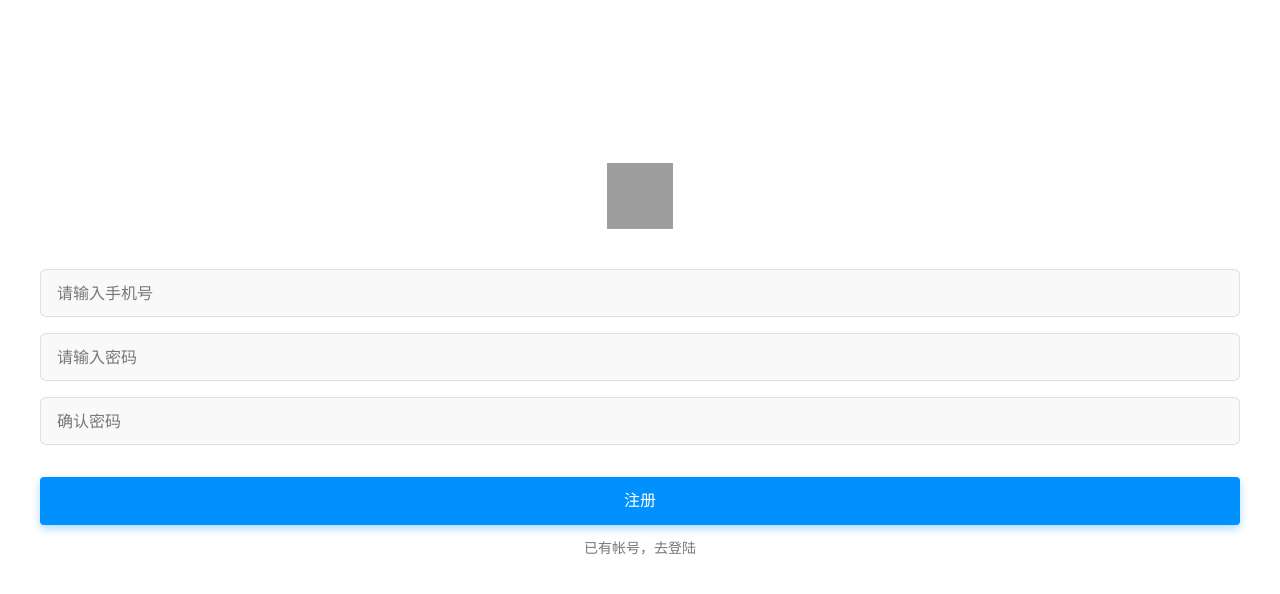
Repository: SHRaymondJ/practiceVue
Page: /#/register
The author's editor kept a copy of each file at every save. The page is drawn from the files as they stood at one save, then again after the next save.
The browser window is 1280 px wide. The pictures show the whole page.
Pictures or frames that could not be fetched are drawn as grey boxes. The project was rebuilt for these pictures with package versions that can differ from the ones it lists, and the page was loaded fresh each time. Also part of the build but not shown: src/views/home/Docker.vue, src/views/home/StaticPart.vue, src/views/home/Nearby.vue, src/views/home/Home.vue, src/components/Toast.vue, src/views/login/Login.vue.

Above is the page before, as saved 2021-03-19 17:09:54.

### src/App.vue
<template>
  <router-view></router-view>
</template>
<script>

export default {
  name: 'App'
}
</script>

### src/router/index.js
import { createRouter, createWebHashHistory } from 'vue-router'
import Home from '../views/home/Home'
import Login from '../views/login/Login'
import Register from '../views/register/Register'

const routes = [{
  path: '/',
  name: 'Home',
  component: Home
}, {
  path: '/register',
  name: 'Register',
  component: Register,
  beforeEnter: (to, from, next) => {
    const { isLogin } = localStorage
    isLogin ? next({ name: 'Home' }) : next()
  }
}, {
  path: '/login',
  name: 'Login',
  component: Login,
  beforeEnter: (to, from, next) => {
    // 路由校验，在加载页面前校验，如果已经登陆了，就路由指向首页
    const { isLogin } = localStorage
    isLogin ? next({ name: 'Home' }) : next() // next({ name: 'Home' }) 路由跳转到Home
  }
}
]

const router = createRouter({
  history: createWebHashHistory(),
  routes
})

// 路由校验，如果没有登陆，路由就指向登陆页
router.beforeEach((to, from, next) => {
  const { isLogin } = localStorage;
  (isLogin || to.name === 'Login' || to.name === 'Register') ? next() : next({ name: 'Login' })
})

export default router

### src/style/index.scss
@import "./base.scss";
@import "./iconfont.css";

### src/views/register/Register.vue
<template>
  <div class="wrapper">
    <img src="http://www.dell-lee.com/imgs/vue3/user.png" alt="" class="wrapper__img" />
    <div class="wrapper__input">
      <input type="text" class="wrapper__input__content" placeholder="请输入手机号" />
    </div>
    <div class="wrapper__input">
      <input type="password" class="wrapper__input__content" placeholder="请输入密码" />
    </div>
    <div class="wrapper__input">
      <input type="password" class="wrapper__input__content" placeholder="确认密码" />
    </div>
    <div class="wrapper__register-button" @click="handleRegister">注册</div>
    <div class="wrapper__register-link">
      <span @click="handleLoginClick">已有帐号，去登陆</span>
    </div>
  </div>
  <Toast v-if="show" :message="toastMessage"/>
</template>

<script>
import { reactive, toRefs } from 'vue'
import { useRouter } from 'vue-router'
import { post } from '../../utils/request'
import Toast, { useToastEffect } from '../../components/Toast'

const useRegisterEffect = (showToast) => {
  const router = useRouter()
  const data = reactive({
    username: String,
    password: String,
    secondPassword: String
  })
  const handleRegister = async () => {
    if (data.password === data.secondPassword && data.password) {
      try {
        const result = await post('/api/user/login', {
          username: data.username,
          password: data.password
        })
        if (result?.errno === 0) {
          localStorage.isLogin = true
          router.push({ name: 'Home' })
        } else {
          showToast('注册失败')
        }
      } catch (e) {
        showToast('连接失败')
      }
    } else {
      showToast('密码错误')
    }
  }
  const { username, password, secondPassword } = toRefs(data)
  return { username, password, secondPassword, handleRegister }
}

export default {
  name: 'Login',
  components: { Toast },
  setup () {
    const router = useRouter() // useRouter提供了路由实例

    const { show, toastMessage, showToast } = useToastEffect()
    const { username, password, secondPassword, handleRegister } = useRegisterEffect(showToast)
    const handleLoginClick = () => {
      router.push({ name: 'Home' }) // 通过router.push()跳转页面
    }
    return { show, toastMessage, username, password, secondPassword, handleLoginClick, handleRegister }
  }
}
</script>

<style lang="scss" scoped>
@import "../../style/variables.scss";
.wrapper {
  position: absolute;
  top: 50%;
  left: 0;
  right: 0;
  transform: translateY(-50%);
  &__img {
    display: block;
    margin: 0 auto 0.4rem auto;
    width: 0.66rem;
    height: 0.66rem;
  }
  &__input {
    font-size: 0.16rem;
    box-sizing: border-box;
    height: 0.48rem;
    margin: 0 0.4rem 0.16rem 0.4rem;
    padding: 0 0.16rem;
    background: #f9f9f9;
    border: 1px solid rgba(0, 0, 0, 0.1);
    border-radius: 6px;
    &__content {
      line-height: 0.48rem;
      border: none;
      outline: none;
      width: 100%;
      background: none;
      color: $content-notice-fc;
      &::placeholder {
        color: $content-notice-fc;
      }
    }
  }
  &__register-button {
    margin: 0.32rem 0.4rem 0.16rem 0.4rem;
    line-height: 0.48rem;
    background: #0091ff;
    box-shadow: 0 0.04rem 0.08rem 0 rgba(0, 145, 255, 0.32);
    border-radius: 0.04rem;
    color: #fff;
    font-size: 0.16rem;
    text-align: center;
  }
  &__register-link {
    font-size: 0.14rem;
    text-align: center;
    color: $content-notice-fc;
    span {
      padding: 0 0.1rem;
      border-right: 1px solid $content-notice-fc;
      &:last-child {
        border-right: none;
      }
    }
  }
}
</style>

### src/style/base.scss
html {
    font-size: 100px;
}
* {
    padding: 0;
    margin: 0;
}

### src/style/iconfont.css
@font-face {
    font-family: 'iconfont';  /* project id 2378724 */
    src: url('//at.alicdn.com/t/font_2378724_i99xxjvqybe.eot');
    src: url('//at.alicdn.com/t/font_2378724_i99xxjvqybe.eot?#iefix') format('embedded-opentype'),
    url('//at.alicdn.com/t/font_2378724_i99xxjvqybe.woff2') format('woff2'),
    url('//at.alicdn.com/t/font_2378724_i99xxjvqybe.woff') format('woff'),
    url('//at.alicdn.com/t/font_2378724_i99xxjvqybe.ttf') format('truetype'),
    url('//at.alicdn.com/t/font_2378724_i99xxjvqybe.svg#iconfont') format('svg');
}

.iconfont {
    font-family: "iconfont";
    font-size: .16rem;
    font-style: normal;
    -webkit-font-smoothing: antialiased;
    -moz-osx-font-smoothing: grayscale;
}

### src/style/variables.scss
$content-fc:#333;
$gray-bgColor:#f1f1f1;
$content-notice-fc: #777;

$box-side:0.18rem;

### src/utils/request.js
import axios from 'axios'

export const post = (url, data = {}) => {
  return new Promise((resolve, reject) => {
    axios.post(url, data, {
      baseURL: 'https://www.fastmock.site/mock/ae8e9031947a302fed5f92425995aa19/jd',
      headers: {
        'Content-Type': 'application/json'
      }
    }).then((response) => {
      resolve(response.data)
    }, err => {
      reject(err)
    })
  })
}

Loaded but not shown: public/index.html (common file); src/main.js (common file); src/store/index.js (no copy from this time; the picture is the same without it)

After the next save:
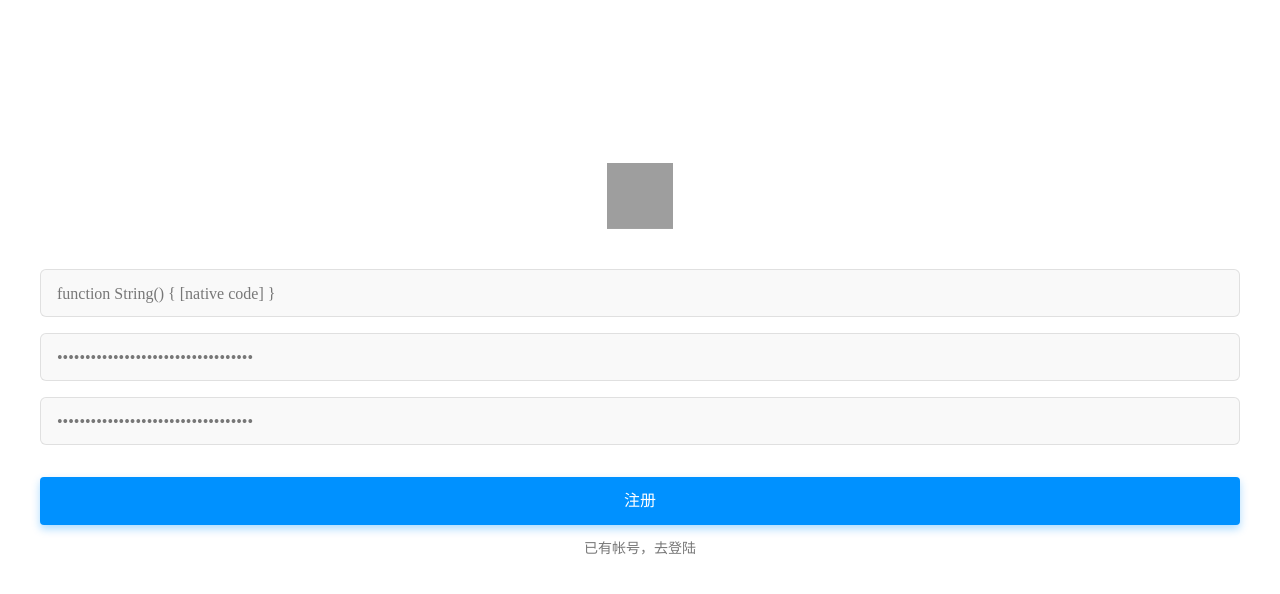
Saved 28 s later.
--- a/src/views/register/Register.vue
+++ b/src/views/register/Register.vue
@@ -2,13 +2,13 @@
   <div class="wrapper">
     <img src="http://www.dell-lee.com/imgs/vue3/user.png" alt="" class="wrapper__img" />
     <div class="wrapper__input">
-      <input type="text" class="wrapper__input__content" placeholder="请输入手机号" />
+      <input type="text" class="wrapper__input__content" placeholder="请输入手机号" v-model="username"/>
     </div>
     <div class="wrapper__input">
-      <input type="password" class="wrapper__input__content" placeholder="请输入密码" />
+      <input type="password" class="wrapper__input__content" placeholder="请输入密码" v-model="password"/>
     </div>
     <div class="wrapper__input">
-      <input type="password" class="wrapper__input__content" placeholder="确认密码" />
+      <input type="password" class="wrapper__input__content" placeholder="确认密码" v-model="secondPassword"/>
     </div>
     <div class="wrapper__register-button" @click="handleRegister">注册</div>
     <div class="wrapper__register-link">

After the save that followed:
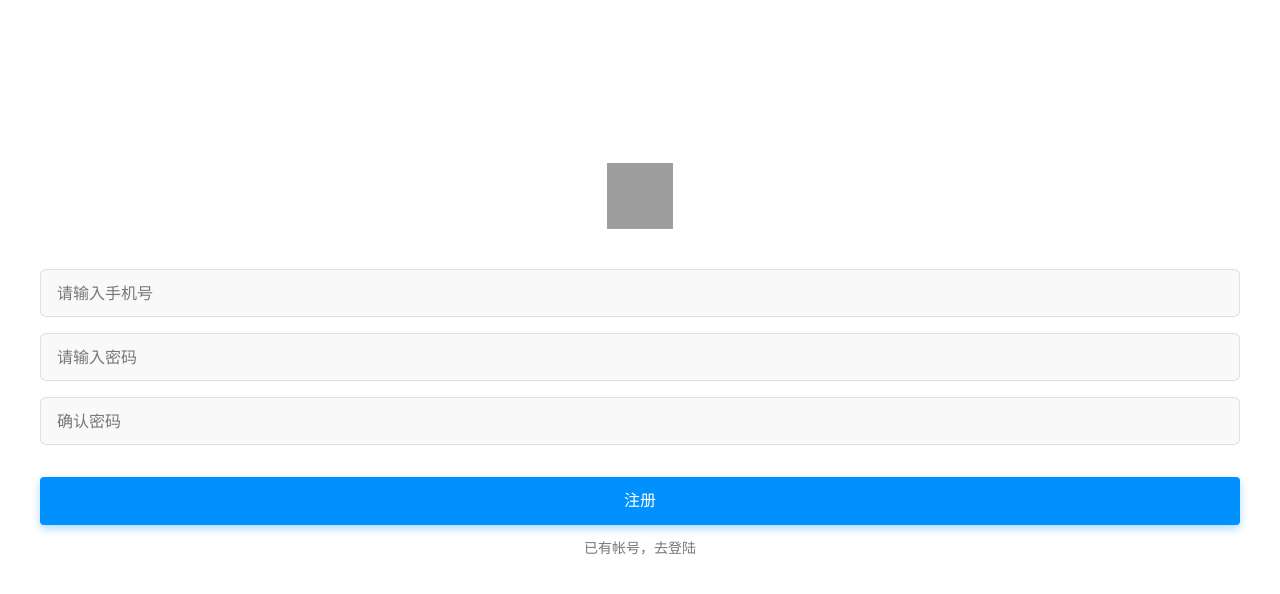
Saved 21 s later.
--- a/src/views/register/Register.vue
+++ b/src/views/register/Register.vue
@@ -27,9 +27,9 @@ import Toast, { useToastEffect } from '../../components/Toast'
 const useRegisterEffect = (showToast) => {
   const router = useRouter()
   const data = reactive({
-    username: String,
-    password: String,
-    secondPassword: String
+    username: '',
+    password: '',
+    secondPassword: ''
   })
   const handleRegister = async () => {
     if (data.password === data.secondPassword && data.password) {
